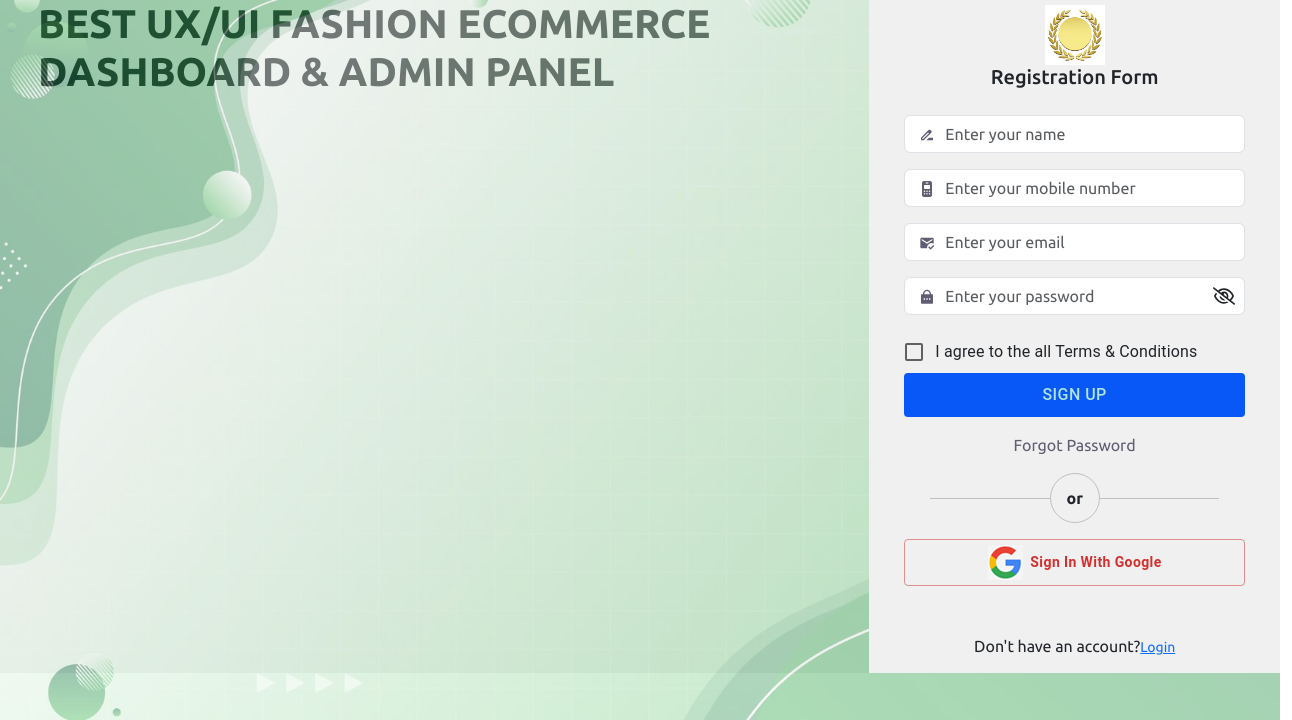
Repository: gautamsonam011/admin-react-dashboard
Page: /signup
The author's editor kept a copy of each file at every save. The page is drawn from the files as they stood at one save, then again after the next save.
The browser window is 1280 px wide. The page is 1292 px wide, so the pictures cover 1292 px, including what lies to the right of the window. The pictures show the whole page.
The project was rebuilt for these pictures with package versions that can differ from the ones it lists, and the page was loaded fresh each time. Also part of the build but not shown: src/components/DashboardBox.jsx, src/pages/Dashboard/Dashboard.jsx, src/pages/Login/index.jsx.

Above is the page before, as saved 2025-04-26 22:25:19.

After the next save:
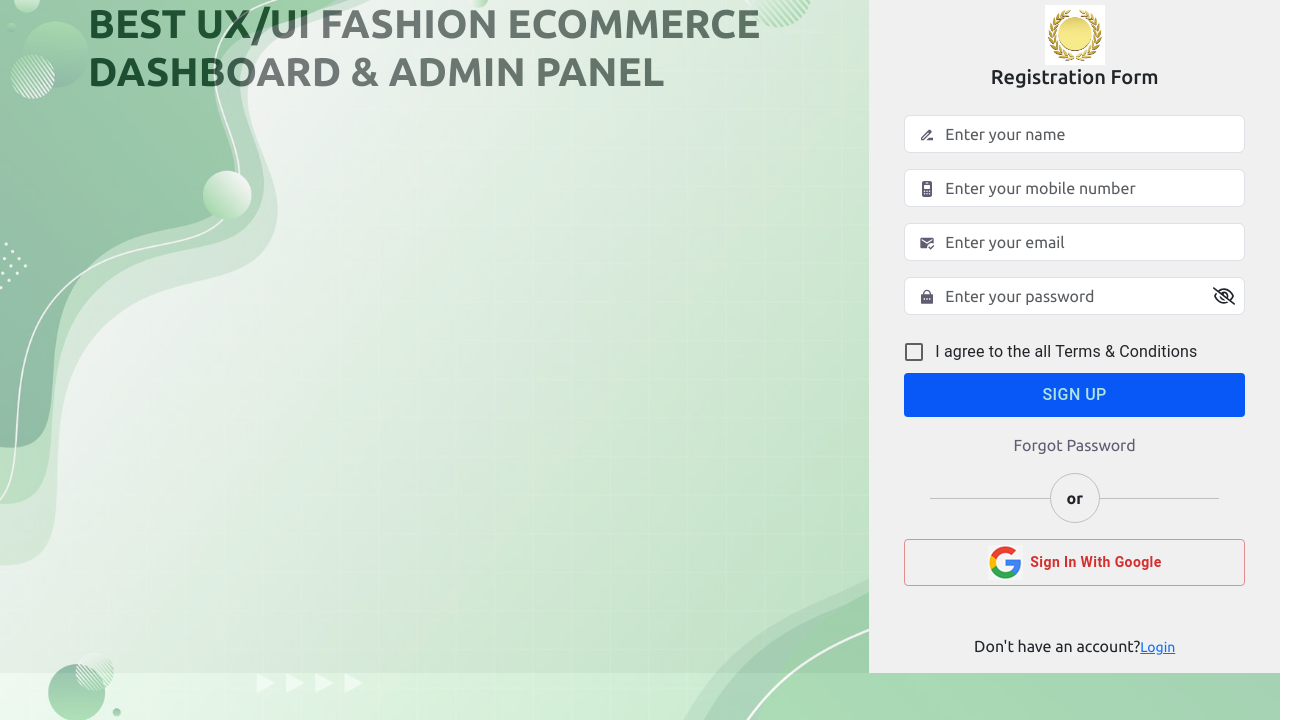
Saved 2 min 4 s later.
--- a/src/App.css
+++ b/src/App.css
@@ -142,8 +142,8 @@ position:relative; overflow:hidden;}
 /* Registration Form */
 .signupSection{background: #f1f1f1 !important; padding: 0px 0px; height: auto !important;}
 .signupSection .loginBox{background: #f0f0f0 !important; position:relative; z-index: 100; width:100% !important; padding: 5px 25px !important;}
-.signupSection .loginBox .wrapper{border: 0px !important; background: transparent !important; padding: 10px !important;}
-.signupSection .part1{padding-left: 50px;}
+.signupSection .loginBox .wrapper{border: 0px !important; background: transparent !important; padding: 10px !important; padding-top: 10px !important;}
+.signupSection .part1{padding-left: 100px;}
 
 h1, h2, h3, h4, h5, h6, p{color:#403e57;}
-.signupSection .part1 h1{font-size: 40px; font-weight: bold;}
+.signupSection .part1 h1{font-size: 40px; font-weight: bolder;}
